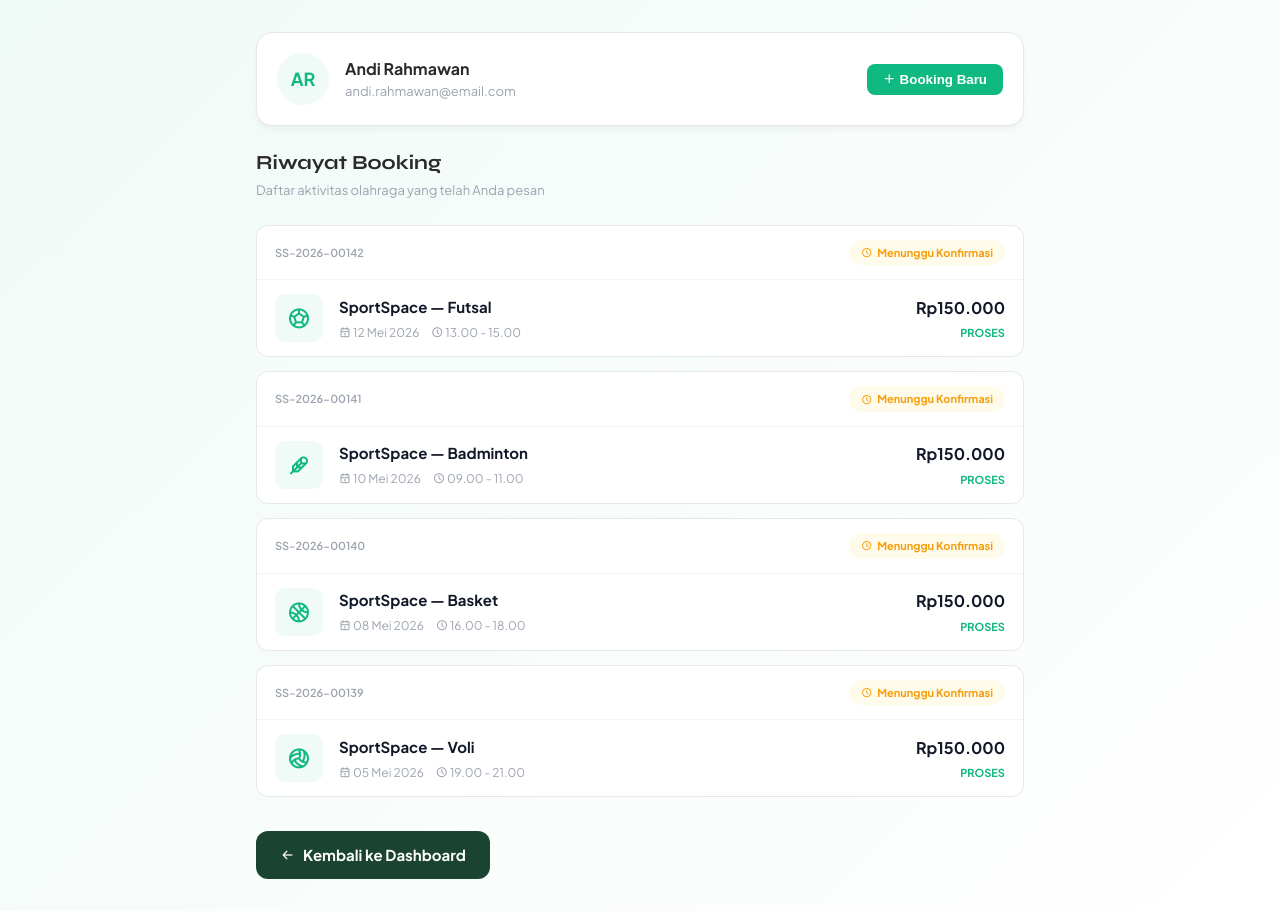
Repository: vira633/SportSpace
Page: riwayat.html
The author's editor kept a copy of each file at every save. The page is drawn from the files as they stood at one save, then again after the next save.
The browser window is 1280 px wide. The pictures show the whole page.
Some web libraries are served in a nearby version.

Above is the page before, as saved 2026-05-15 13:00:22.

After the next save:
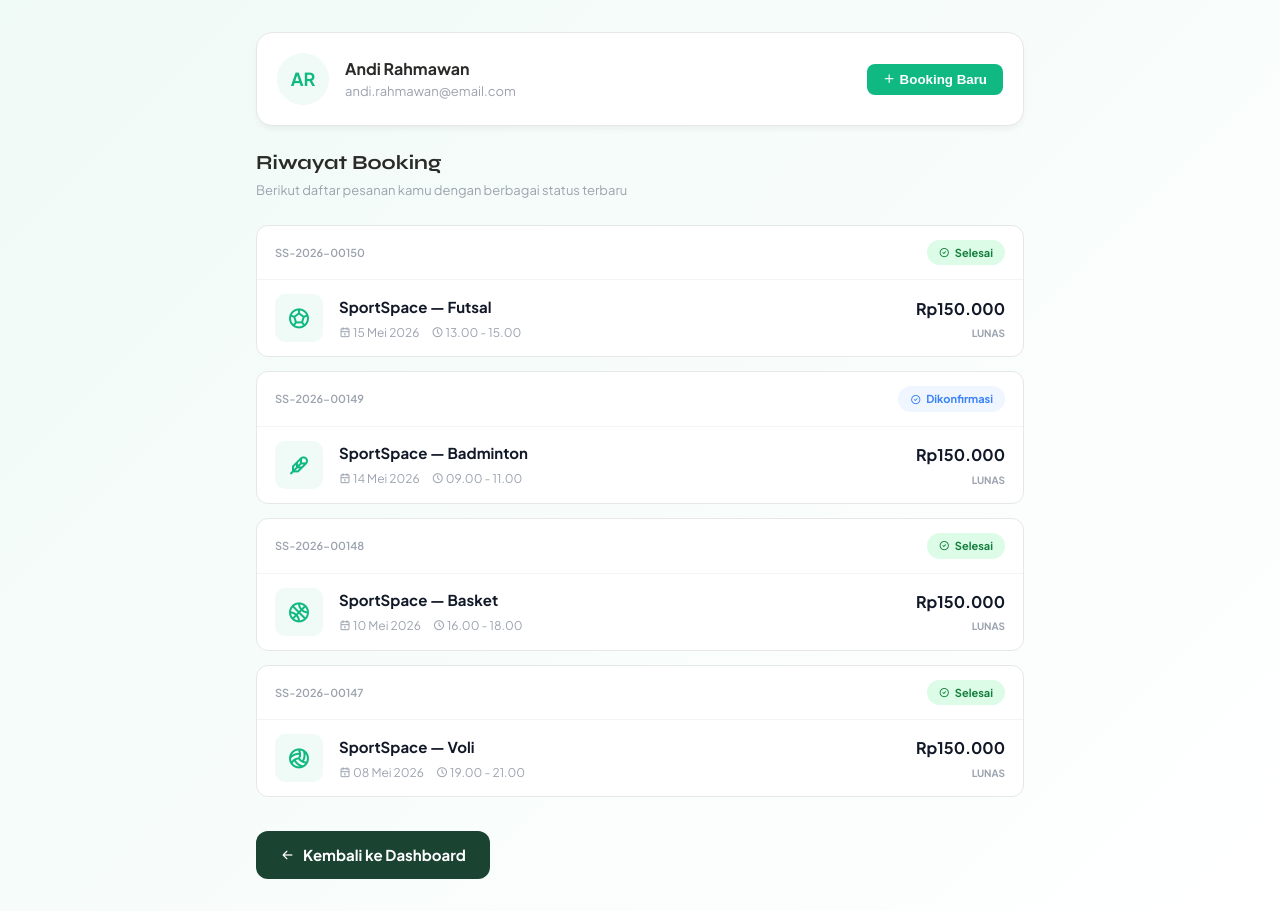
Saved 91 s later.
--- a/riwayat.html
+++ b/riwayat.html
@@ -11,6 +11,7 @@
       --green: #10b981; --green-light: #f0faf6; --white: #ffffff;
       --gray-100: #f3f4f6; --gray-200: #e5e7eb; --gray-400: #9ca3af;
       --gray-900: #111827; --amber: #f59e0b; --amber-light: #fffbeb;
+      --blue: #3b82f6; --blue-light: #eff6ff;
     }
     body { background: linear-gradient(135deg, #f0faf6 0%, #ffffff 100%); min-height: 100vh; }
     .page-wrap { max-width: 800px; margin: 0 auto; padding: 32px 16px; font-family: 'Plus Jakarta Sans', sans-serif; }
@@ -28,8 +29,11 @@
     .booking-name { font-size: 15px; font-weight: 700; color: var(--gray-900); }
     .booking-meta { font-size: 12px; color: var(--gray-400); display: flex; gap: 12px; margin-top: 4px; }
 
+    /* BADGE STATUS VARIATIONS */
     .badge { padding: 4px 12px; border-radius: 20px; font-size: 11px; font-weight: 700; display: flex; align-items: center; gap: 5px; }
     .badge-amber { background: var(--amber-light); color: var(--amber); }
+    .badge-green { background: #dcfce7; color: #15803d; }
+    .badge-blue { background: var(--blue-light); color: var(--blue); }
 
     .btn-back { display: inline-flex; align-items: center; gap: 8px; background: #1b4332; color: white; padding: 12px 24px; border-radius: 12px; text-decoration: none; font-weight: 700; margin-top: 20px; transition: 0.3s; }
     .btn-back:hover { background: #2e7d32; transform: translateY(-2px); }
@@ -54,7 +58,7 @@
   </div>
 
   <h1 style="font-size:20px; text-align:left; margin-bottom:4px;">Riwayat Booking</h1>
-  <p style="font-size:13px; color:var(--gray-400); text-align:left; margin-bottom:24px;">Daftar aktivitas olahraga yang telah Anda pesan</p>
+  <p style="font-size:13px; color:var(--gray-400); text-align:left; margin-bottom:24px;">Berikut daftar pesanan kamu dengan berbagai status terbaru</p>
 
   <div id="booking-list">
     </div>
@@ -69,13 +73,18 @@
     const list = document.getElementById('booking-list');
     const dataUser = JSON.parse(localStorage.getItem('riwayatSport')) || [];
     const dataSimulasi = [
-      { tgl: "12 Mei 2026", sport: "Futsal", jam: "13.00 - 15.00", icon: "ti-ball-football" },
-      { tgl: "10 Mei 2026", sport: "Badminton", jam: "09.00 - 11.00", icon: "ti-feather" },
-      { tgl: "08 Mei 2026", sport: "Basket", jam: "16.00 - 18.00", icon: "ti-ball-basketball" },
-      { tgl: "05 Mei 2026", sport: "Voli", jam: "19.00 - 21.00", icon: "ti-ball-volleyball" }
+      { tgl: "15 Mei 2026", sport: "Futsal", jam: "13.00 - 15.00", icon: "ti-ball-football", status: "selesai", badge: "badge-green", label: "Selesai" },
+      { tgl: "14 Mei 2026", sport: "Badminton", jam: "09.00 - 11.00", icon: "ti-feather", status: "dikonfirmasi", badge: "badge-blue", label: "Dikonfirmasi" },
+      { tgl: "10 Mei 2026", sport: "Basket", jam: "16.00 - 18.00", icon: "ti-ball-basketball", status: "selesai", badge: "badge-green", label: "Selesai" },
+      { tgl: "08 Mei 2026", sport: "Voli", jam: "19.00 - 21.00", icon: "ti-ball-volleyball", status: "selesai", badge: "badge-green", label: "Selesai" }
     ];
+    const totalData = [...dataUser.reverse().map(item => ({
+        ...item,
+        status: "menunggu",
+        badge: "badge-amber",
+        label: "Menunggu Konfirmasi"
+    })), ...dataSimulasi];
 
-    const totalData = [...dataUser.reverse(), ...dataSimulasi];
     list.innerHTML = totalData.map((item, index) => {
       let iconClass = item.icon || "ti-ball-football";
       if(item.sport === "Badminton") iconClass = "ti-feather";
@@ -84,8 +93,8 @@
       return `
         <div class="booking-card">
           <div class="booking-header">
-            <span style="font-size:11px; color:var(--gray-400); font-weight:600;">SS-2026-00${142 - index}</span>
-            <span class="badge badge-amber"><i class="ti ti-clock"></i> Menunggu Konfirmasi</span>
+            <span style="font-size:11px; color:var(--gray-400); font-weight:600;">SS-2026-00${150 - index}</span>
+            <span class="badge ${item.badge}"><i class="ti ti-circle-check"></i> ${item.label}</span>
           </div>
           <div class="booking-body">
             <div class="booking-icon" style="background:var(--green-light); color:var(--green);">
@@ -100,7 +109,7 @@
             </div>
             <div style="text-align:right;">
               <div style="font-size:16px; font-weight:700; color:var(--gray-900);">Rp150.000</div>
-              <div style="font-size:11px; color:var(--green); font-weight:700; margin-top:4px;">PROSES</div>
+              <div style="font-size:10px; color:var(--gray-400); font-weight:700; margin-top:4px;">LUNAS</div>
             </div>
           </div>
         </div>
